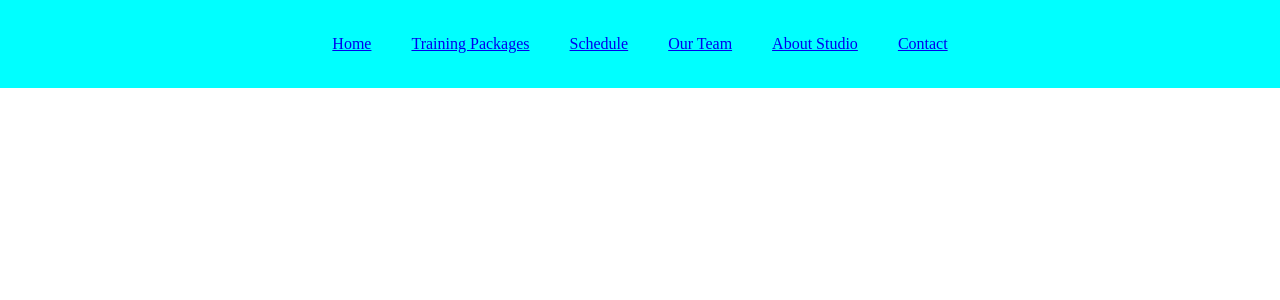
Repository: MujtabaHabib/muscle-memory-website
Page: index.html
The author's editor kept a copy of each file at every save. The page is drawn from the files as they stood at one save, then again after a run of saves.
The browser window is 1280 px wide. The pictures show the whole page.

Above is the page before, as saved 2026-01-26 03:33:05.

After the next 2 saves:
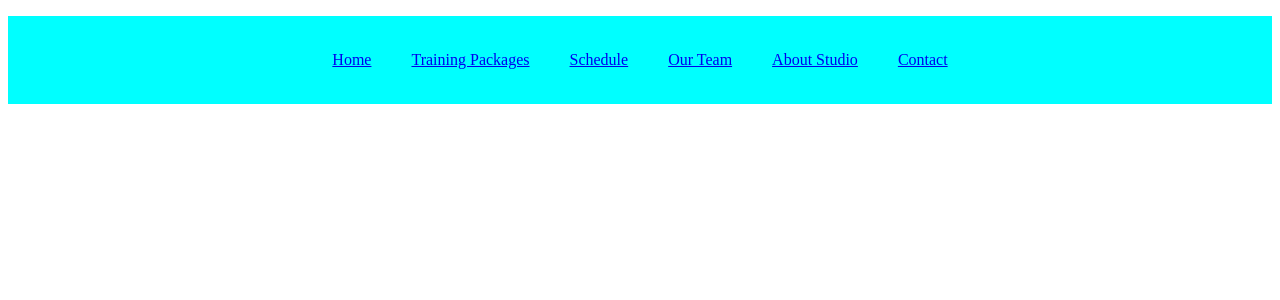
The 2 saves are shown as one change because they came seconds apart.
The last was saved 10 s later.
--- a/style.css
+++ b/style.css
@@ -1,4 +1,4 @@
-*{
+*container{
     margin: 0;
     padding: 0;
 
